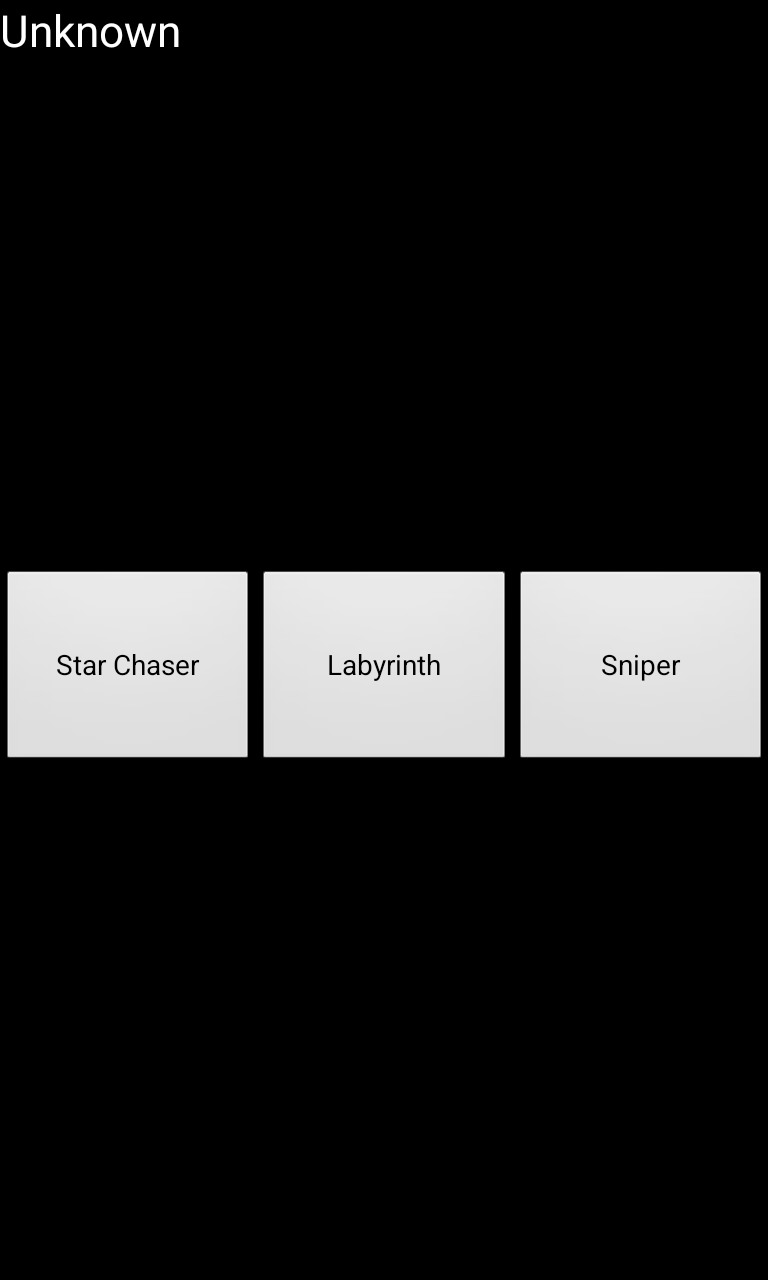
Repository: Malow/PhoneGame
Layout: Android/WiiPhone/res/layout/activity_main.xml
An editor plug-in stored every save of this project. The layout is shown before and after the next save, followed by the edit.
It is drawn on a 768 x 1280 px phone screen (xhdpi) without system bars, with theme android:Theme.NoTitleBar.Fullscreen; the app's code is not run. The app's manifest (not shown) leaves right-to-left support off. So textAlignment, textDirection and layoutDirection are ignored, and left and right values win over start and end ones.

Above is the layout before, as saved 2013-04-26 10:39:45.

After the next save:
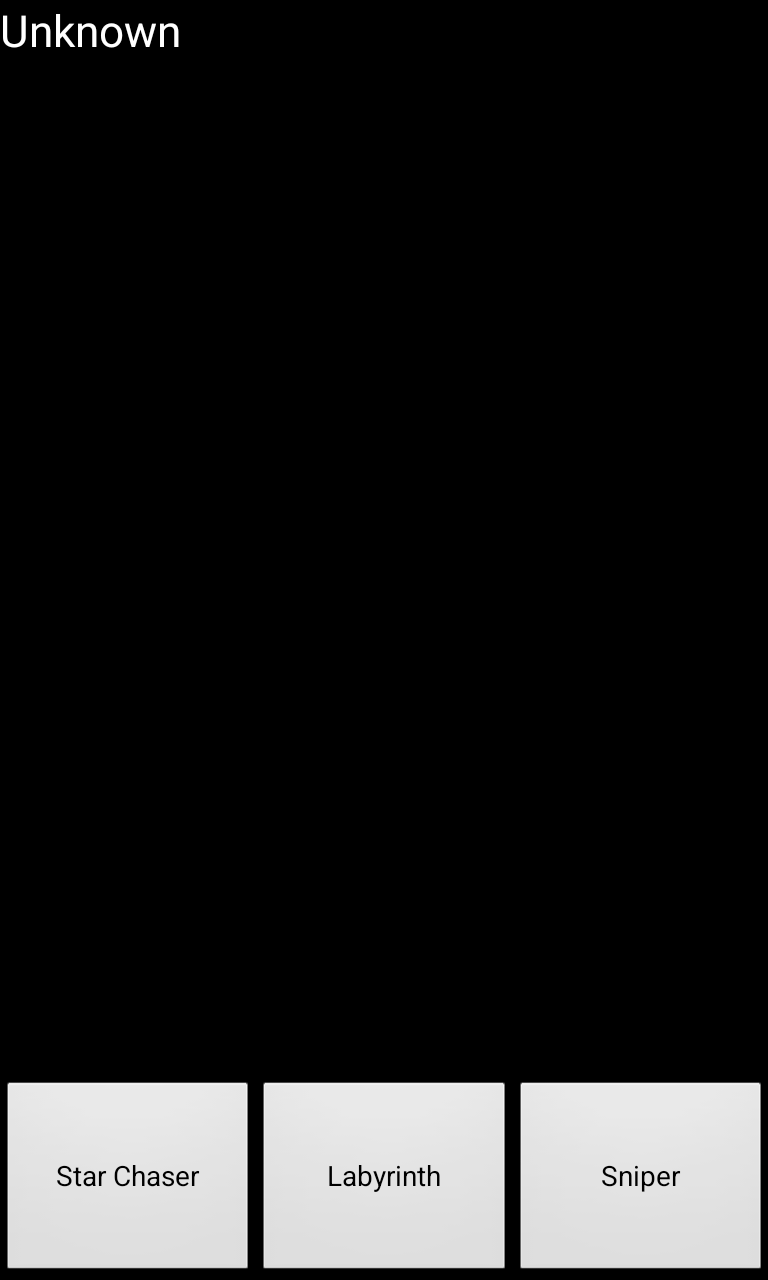
Saved 8 s later.
--- a/Android/WiiPhone/res/layout/activity_main.xml
+++ b/Android/WiiPhone/res/layout/activity_main.xml
@@ -15,8 +15,7 @@
 
     <LinearLayout
         android:layout_width="match_parent"
-        android:layout_height="wrap_content"
-        android:layout_weight="0.10" >
+        android:layout_height="wrap_content" >
 
         <Button
             android:id="@+id/game_1"
